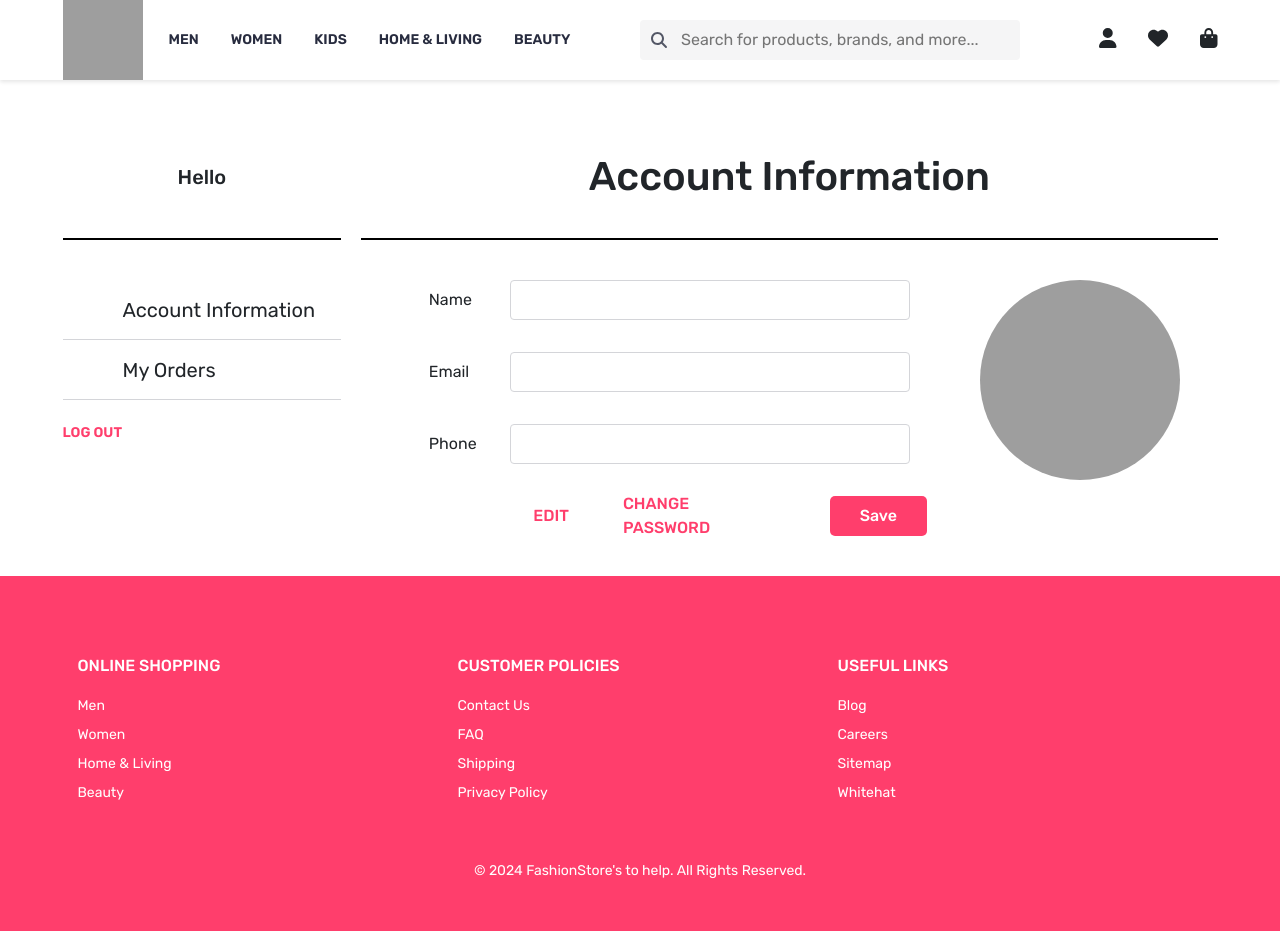
Repository: litaiqiang1407/Khanh-FashionStore
Page: /profile
An editor plug-in stored every save of this project. The page is shown before and after the next save, followed by the edit.
The browser window is 1280 px wide. The pictures show the whole page.
Pictures or frames that could not be fetched are drawn as grey boxes. The project was rebuilt for these pictures with package versions that can differ from the ones it lists, and the page was loaded fresh each time. Also part of the build but not shown: src/pages/Home/Banner/index.js, src/functions/interactData.js, src/pages/Home/Products/index.js, src/pages/Home/index.js, src/pages/ProductDetail/index.js, src/pages/Login/index.js, src/pages/Signup/index.js, src/pages/Contact/index.js.

Above is the page before, as saved 2024-04-14 13:40:40.

After the next save:
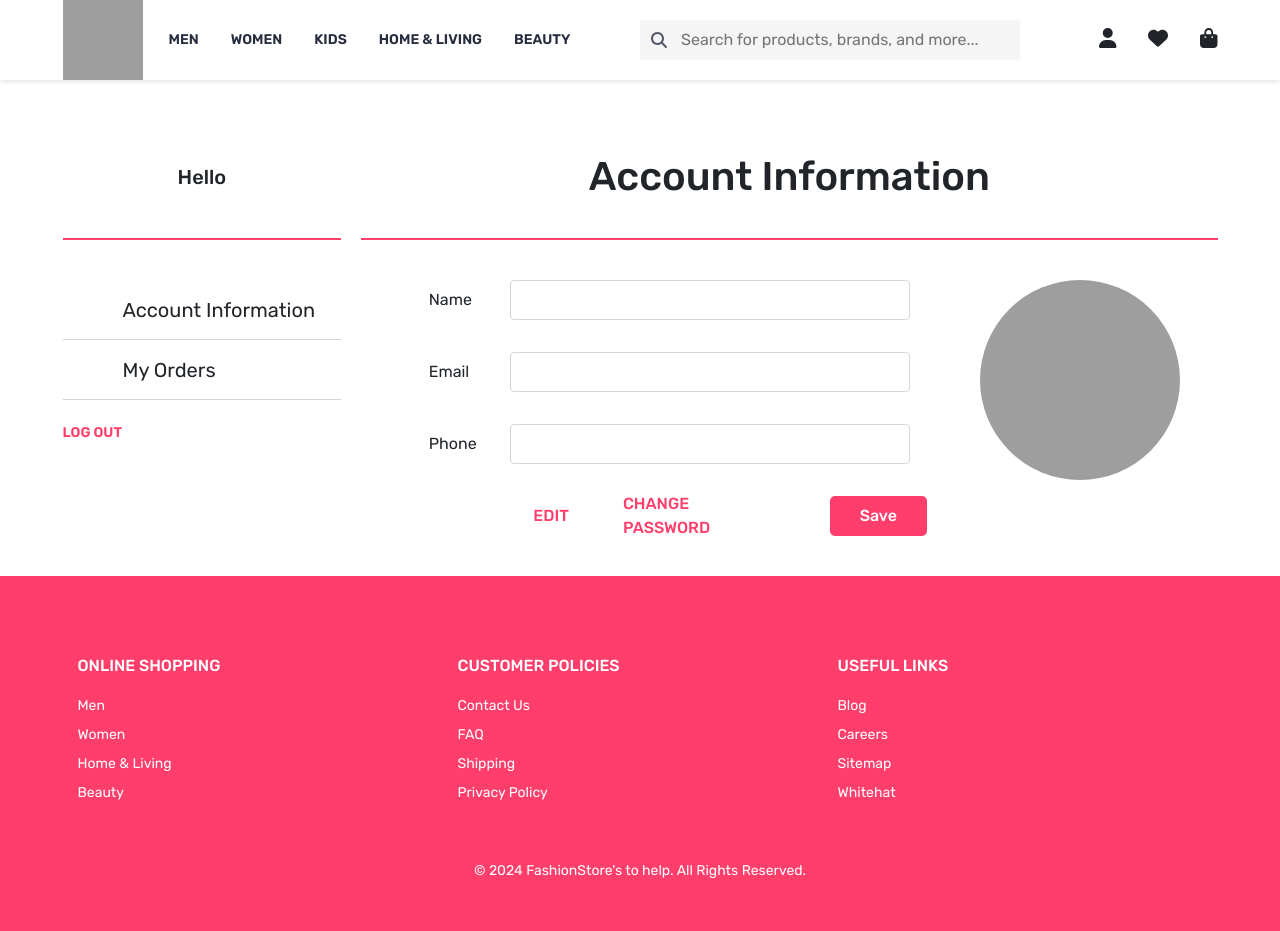
Saved 64 s later.
--- a/src/pages/Profile/Profile.module.scss
+++ b/src/pages/Profile/Profile.module.scss
@@ -15,7 +15,7 @@
         align-items: center;
         justify-content: center;
         height: 120px;
-        border-bottom: 2px solid var(--black);
+        border-bottom: 2px solid var(--primary-color);
 
         .sidebar-title {
           font-size: 2rem;
@@ -60,7 +60,7 @@
       align-items: center;
       justify-content: center;
       height: 120px;
-      border-bottom: 2px solid var(--black);
+      border-bottom: 2px solid var(--primary-color);
 
       .content-title {
         font-size: 4rem;
